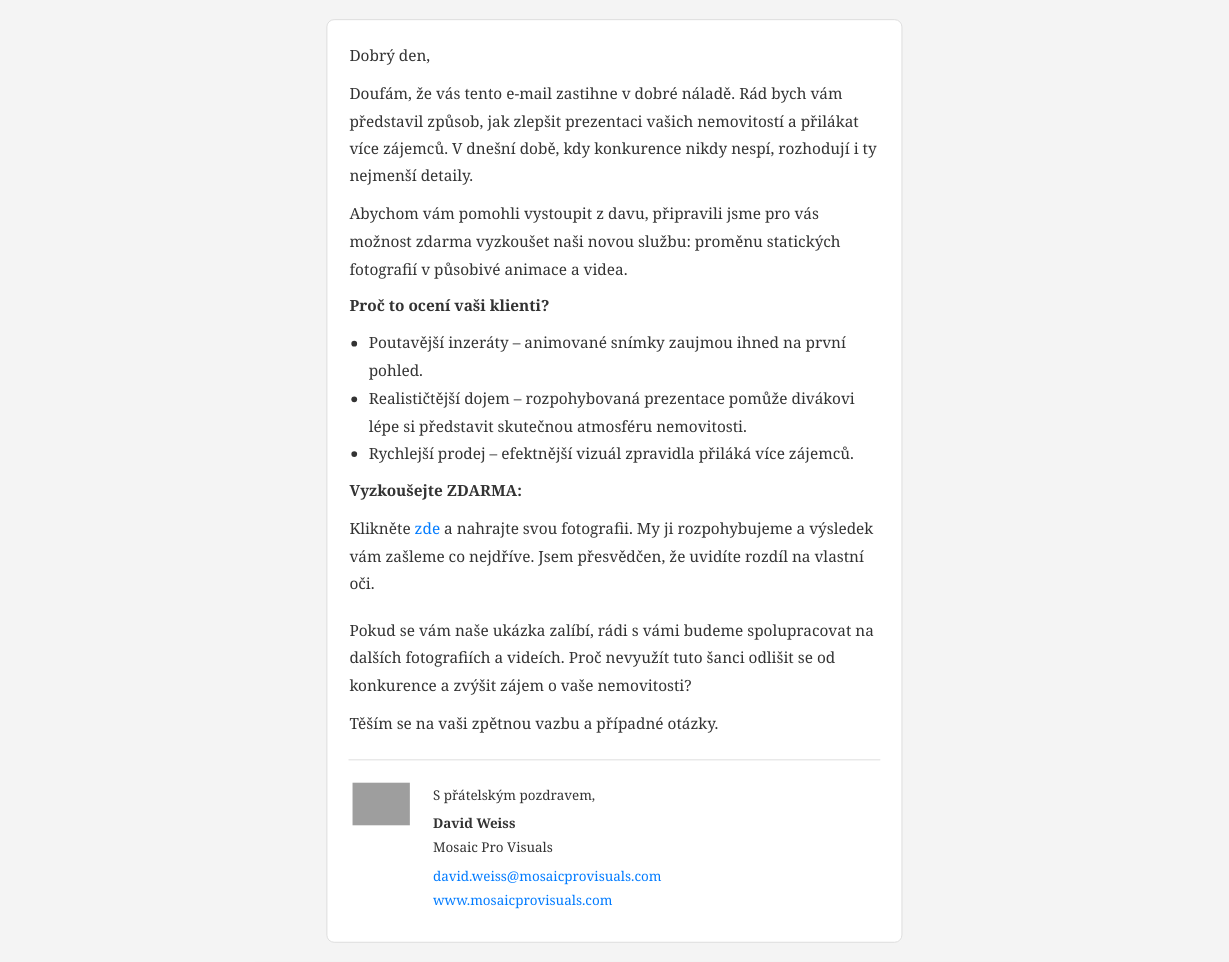
Repository: Guksan/email-bot
Page: david-template.html
These files come from the project's save history. The page is drawn as it stood at one moment and after the next save; the edit follows.
The browser window is 1280 px wide. The pictures show the whole page, at 96% of full size.
Pictures or frames that could not be fetched are drawn as grey boxes.

Above is the page before, as saved 2025-01-17 16:13:50.

After the next save:
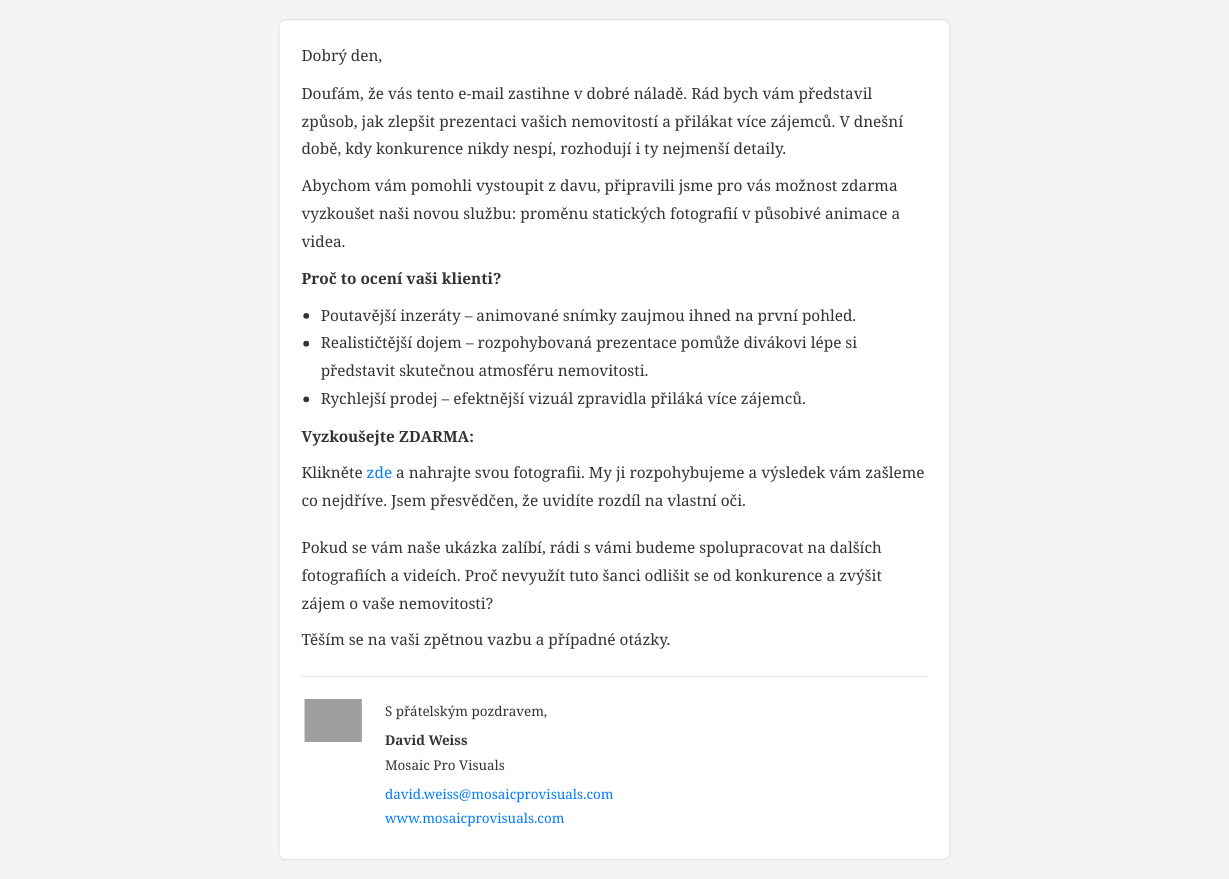
Saved 2 min 28 s later.
--- a/david-template.html
+++ b/david-template.html
@@ -6,7 +6,7 @@
     <title>Oživte své nabídky nemovitostí animací – první ukázku máte od nás ZDARMA</title>
 </head>
 <body style="font-family: 'Georgia', serif; line-height: 1.8; color: #333; margin: 0; padding: 0; background-color: #f4f4f4;">
-    <table align="center" width="600" style="background-color: #ffffff; margin: 20px auto; padding: 20px; border: 1px solid #ddd; border-radius: 8px;">
+    <table align="center" width="700" style="background-color: #ffffff; margin: 20px auto; padding: 20px; border: 1px solid #ddd; border-radius: 8px;">
         <tr>
             <td>
                 <p style="font-size: 16px; margin: 0 0 10px;">Dobrý den,</p>
